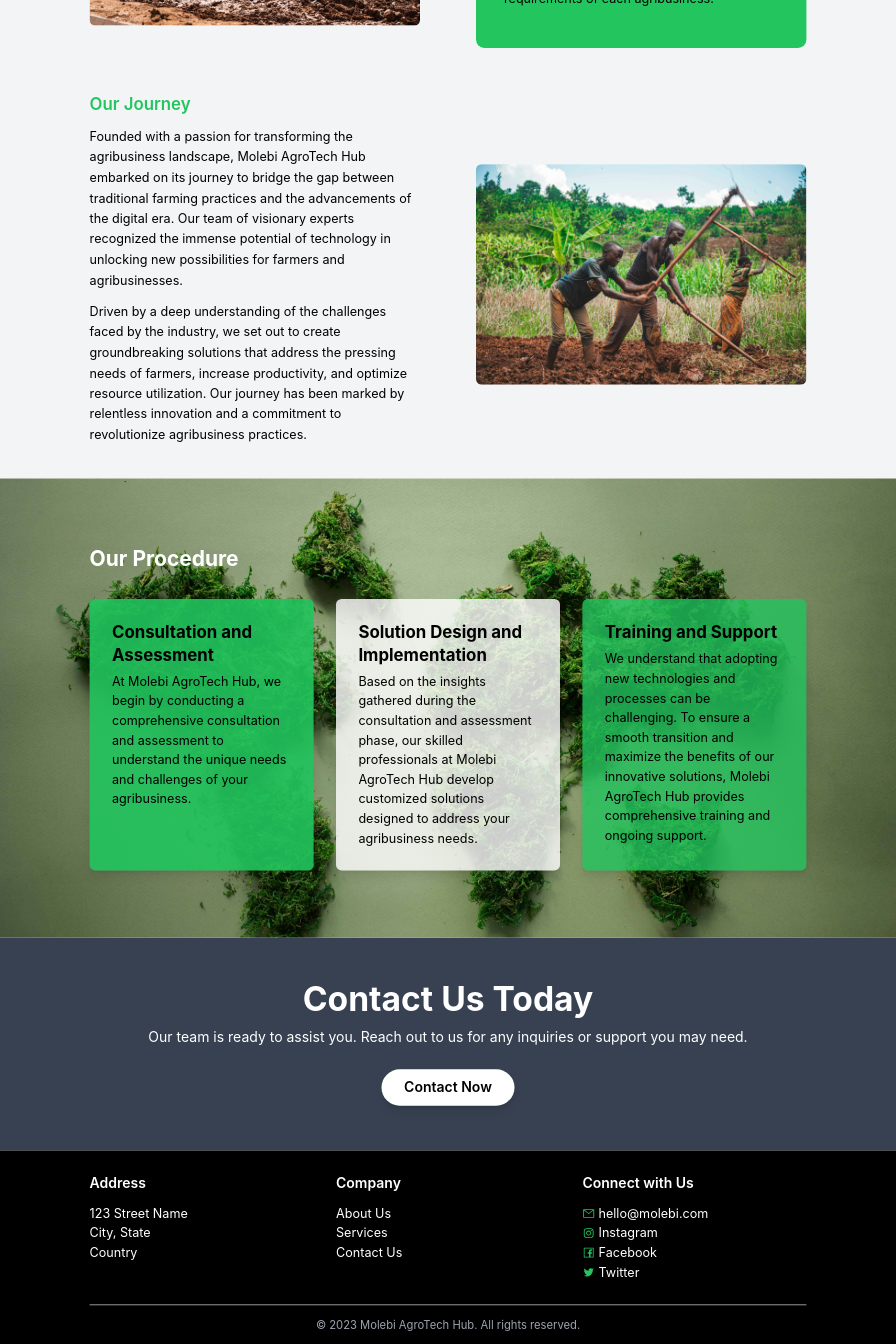
Repository: akinolapo/agric-tech
Page: /about
An editor plug-in stored every save of this project. The page is shown before and after a run of saves, followed by the edit.
The browser window is 1280 px wide. The pictures show the part of the page from y = 932 to 2852 px (the page is 2852 px tall), at 70% of full size.
The project was rebuilt for these pictures with package versions that can differ from the ones it lists, and the page was loaded fresh each time. Also part of the build but not shown: src/components/Hero.jsx, src/components/ImageText.jsx, src/components/TwoColumnMasonry.jsx, src/components/TwoColumnComponent.jsx, src/App.jsx.

Above is the page before, as saved 2023-05-28 20:41:52.

After the next 2 saves:
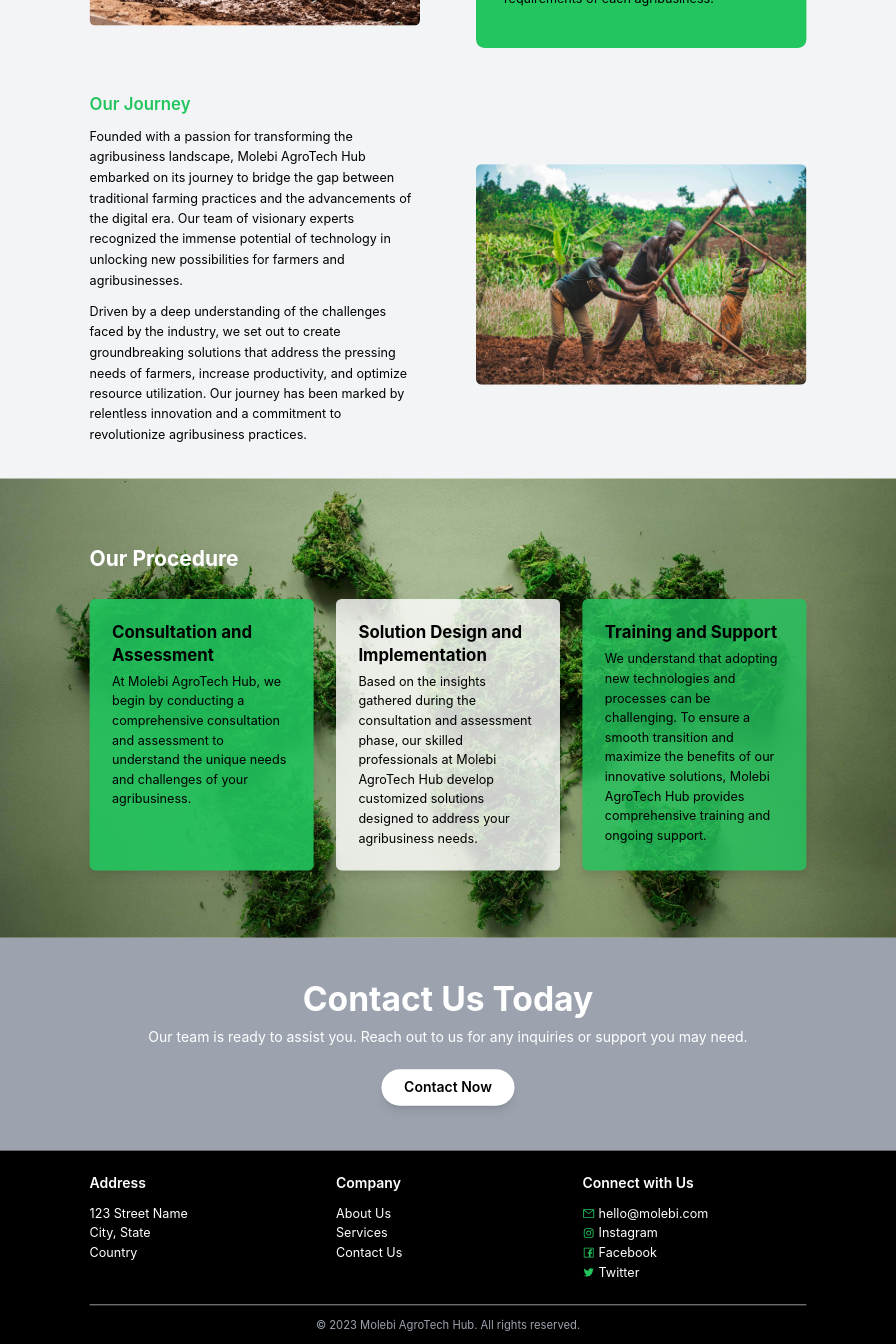
The 2 saves are shown as one change because they came seconds apart.
The last was saved 8 s later.
--- a/src/components/CTA.jsx
+++ b/src/components/CTA.jsx
@@ -2,7 +2,7 @@ import React from 'react';
 
 const CTA = () => {
   return (
-    <div className="text-white bg-gray-700 text-center py-8 px-4 sm:py-16 sm:px-8">
+    <div className="text-white bg-gray-400 text-center py-8 px-4 sm:py-16 sm:px-8">
       <h1 className="text-4xl sm:text-5xl font-bold mb-4">Contact Us Today</h1>
       <p className="text-lg sm:text-xl mb-8">
         Our team is ready to assist you. Reach out to us for any inquiries or support you may need.
